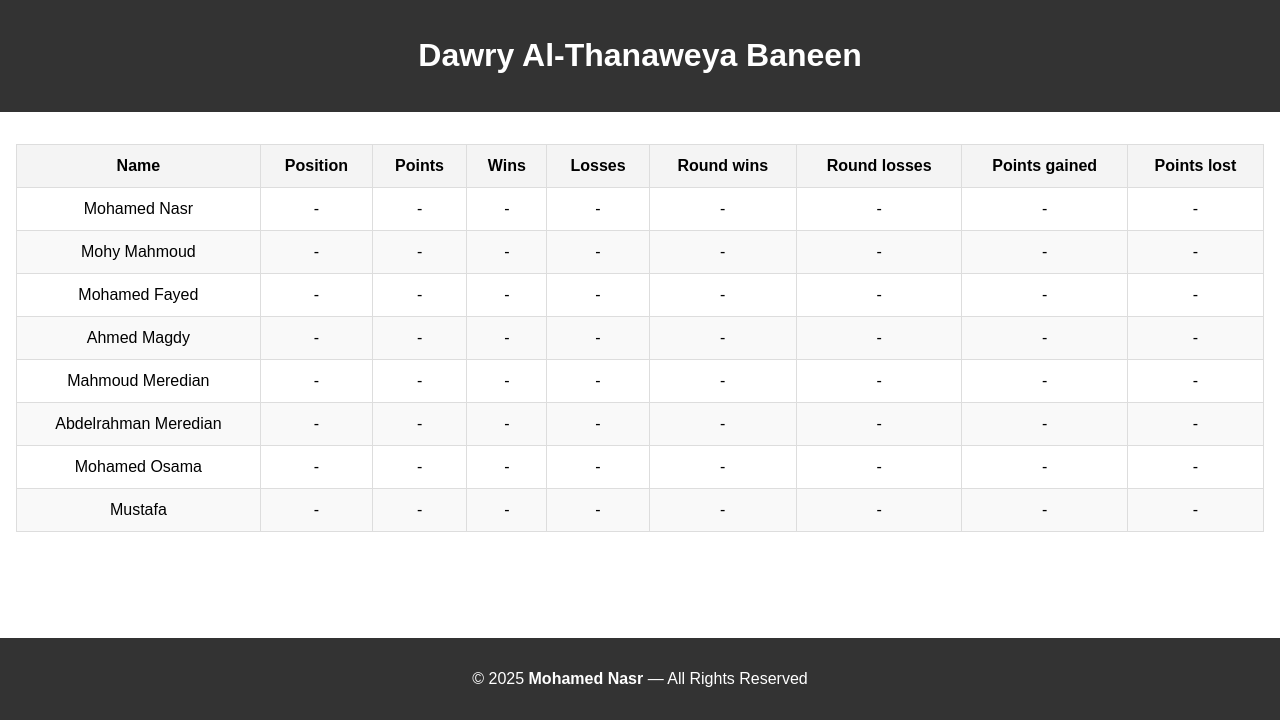
Repository: MohamedNasr95/Dawry-Al-Thanaweya-Baneen
Page: Index.html
An editor plug-in stored every save of this project. The page is shown before and after a run of saves, followed by the edit.
The browser window is 1280 px wide. The pictures show the whole page.

Above is the page before, as saved 2025-09-07 22:24:46.

### Index.html
<!DOCTYPE html>
<html lang="en">
<head>
  <meta charset="UTF-8" />
  <meta name="viewport" content="width=device-width, initial-scale=1.0" />
  <title>Dawry Al-Thanaweya Baneen</title>
  <link rel="stylesheet" href="style.css">
</head>
<body>
  <header>
    <h1>Dawry Al-Thanaweya Baneen</h1>
  </header>
  <main>
    <table>
      <thead>
        <tr>
          <th>Name</th>
          <th>Position</th>
          <th>Points</th>
          <th>Wins</th>
          <th>Losses</th>
          <th>Round wins</th>
          <th>Round losses</th>
          <th>Points gained</th>
          <th>Points lost</th>
        </tr>
      </thead>
      <tbody id="tbody">
        <tr>
          <td>Mohamed Nasr</td>
          <td>-</td>
          <td>-</td>
          <td>-</td>
          <td>-</td>
          <td>-</td>
          <td>-</td>
          <td>-</td>
          <td>-</td>
        </tr>
        <tr>
          <td>Mohy Mahmoud</td>
          <td>-</td>
          <td>-</td>
          <td>-</td>
          <td>-</td>
          <td>-</td>
          <td>-</td>
          <td>-</td>
          <td>-</td>
        </tr>
        <tr>
          <td>Mohamed Fayed</td>
          <td>-</td>
          <td>-</td>
          <td>-</td>
          <td>-</td>
          <td>-</td>
          <td>-</td>
          <td>-</td>
          <td>-</td>
        </tr>
        <tr>
          <td>Ahmed Magdy</td>
          <td>-</td>
          <td>-</td>
          <td>-</td>
          <td>-</td>
          <td>-</td>
          <td>-</td>
          <td>-</td>
          <td>-</td>
        </tr>
        <tr>
          <td>Mahmoud Meredian</td>
          <td>-</td>
          <td>-</td>
          <td>-</td>
          <td>-</td>
          <td>-</td>
          <td>-</td>
          <td>-</td>
          <td>-</td>
        </tr>
        <tr>
          <td>Abdelrahman Meredian</td>
          <td>-</td>
          <td>-</td>
          <td>-</td>
          <td>-</td>
          <td>-</td>
          <td>-</td>
          <td>-</td>
          <td>-</td>
        </tr>
        <tr>
          <td>Mohamed Osama</td>
          <td>-</td>
          <td>-</td>
          <td>-</td>
          <td>-</td>
          <td>-</td>
          <td>-</td>
          <td>-</td>
          <td>-</td>
        </tr>
        <!-- Add more rows here -->
      </tbody>
    </table>
  </main>
  <footer>
    <p>&copy; 2025 <strong>Mohamed Nasr</strong> — All Rights Reserved</p>
  </footer>

  <script src="script.js"></script>
</body>
</html>

### style.css
body {
    font-family: Arial, sans-serif;
    margin: 0;
    padding: 0;
    display: flex;
    min-height: 100vh;
    flex-direction: column;
}
header, footer {
    background-color: #333;
    color: #fff;
    padding: 1rem;
    text-align: center;
}
main {
    flex: 1;
    padding: 1rem;
}
table {
    width: 100%;
    border-collapse: collapse;
    margin: 1rem 0;
}
th, td {
    border: 1px solid #ddd;
    padding: 0.75rem;
    text-align: center;
}
th {
    background-color: #f4f4f4;
}
tr:nth-child(even) {
    background-color: #f9f9f9;
}
tr:hover {
    background-color: #e0e0e0;
}

### script.js
table = document.getElementById("tbody")
console.log(table)
name = "Mustafa";

table.innerHTML += `
<tr>
    <td>${name}</td>
    <td>-</td>
    <td>-</td>
    <td>-</td>
    <td>-</td>
    <td>-</td>
    <td>-</td>
    <td>-</td>
    <td>-</td>
</tr>
`

After the next 4 saves:
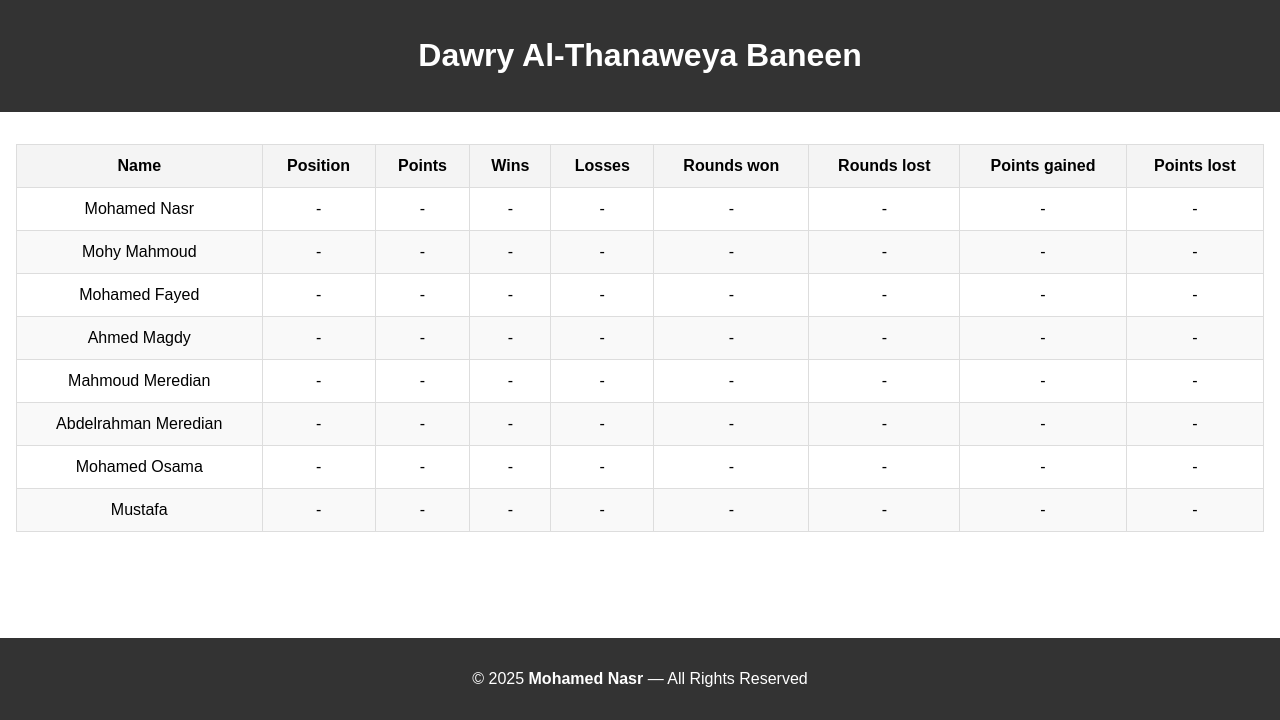
The 4 saves are shown as one change because they came seconds apart.
The last was saved 2 min 49 s later.
--- a/Index.html
+++ b/Index.html
@@ -19,8 +19,8 @@
           <th>Points</th>
           <th>Wins</th>
           <th>Losses</th>
-          <th>Round wins</th>
-          <th>Round losses</th>
+          <th>Rounds won</th>
+          <th>Rounds lost</th>
           <th>Points gained</th>
           <th>Points lost</th>
         </tr>
